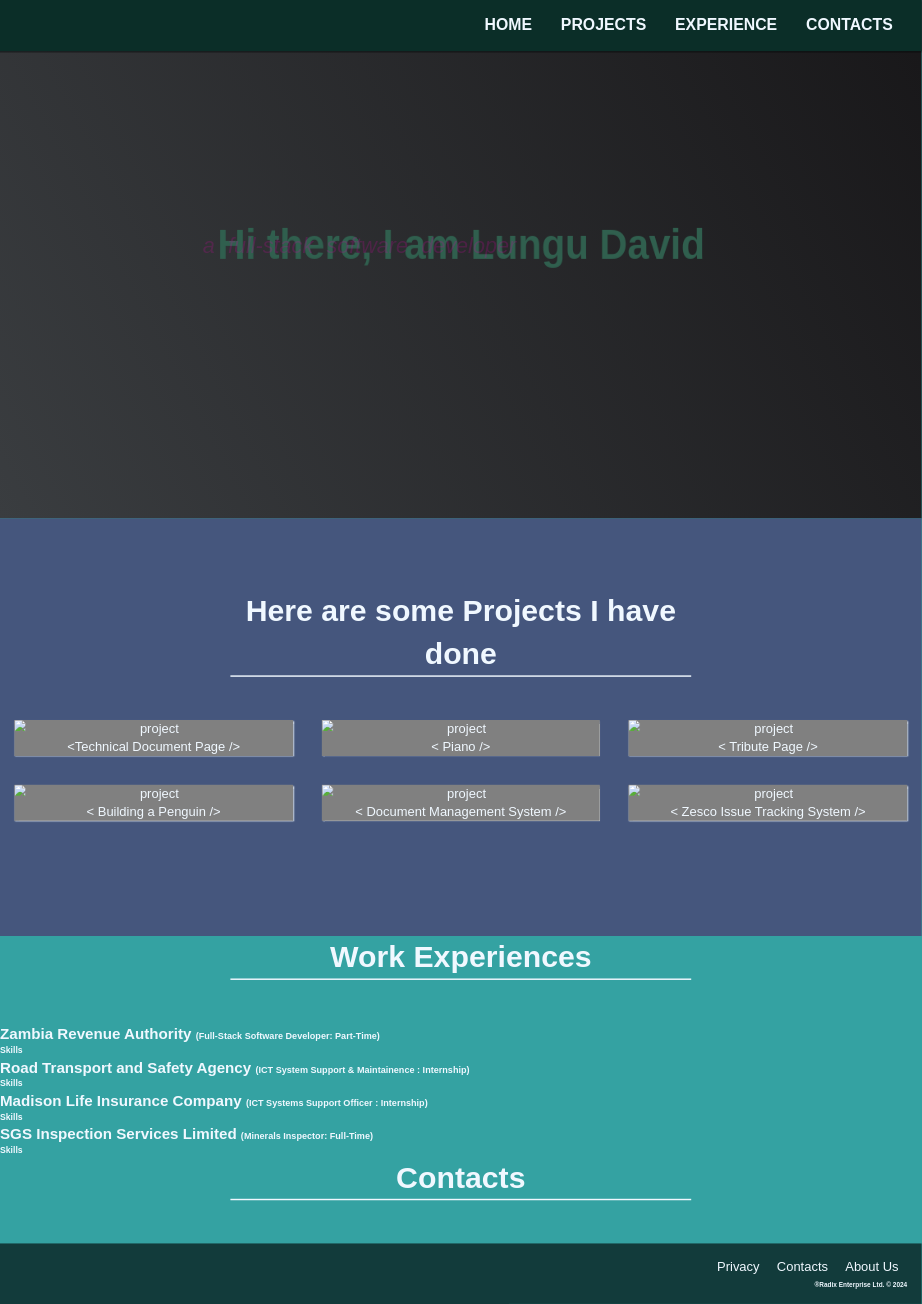
Repository: Lungdjos/personal_portifolio
Page: html/index.html
The author's editor kept a copy of each file at every save. The page is drawn from the files as they stood at one save, then again after a run of saves.
The browser window is 1280 px wide. The pictures show the whole page, at 72% of full size.

Above is the page before, as saved 2024-02-04 00:22:39.

After the next 4 saves:
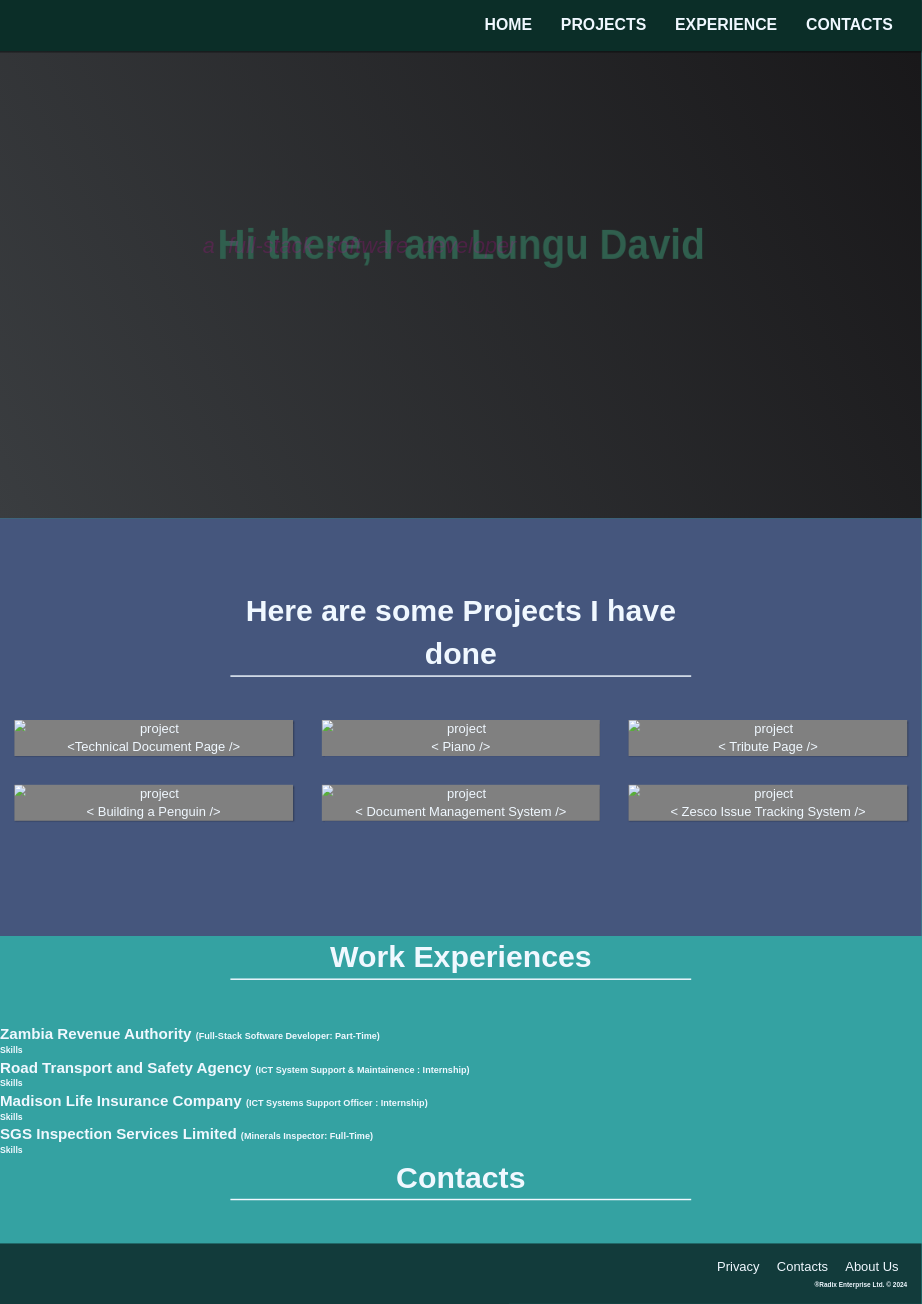
The 4 saves are shown as one change because they came seconds apart.
The last was saved 27 s later.
--- a/css/styles.css
+++ b/css/styles.css
@@ -206,7 +206,7 @@ main>li {
 
 .project {
     background: var(--col-2);
-    box-shadow: 1px 1px 2px
+    box-shadow: 1px 1px 2px rgba(0, 0, 0, 0.4);
 }
 
 
